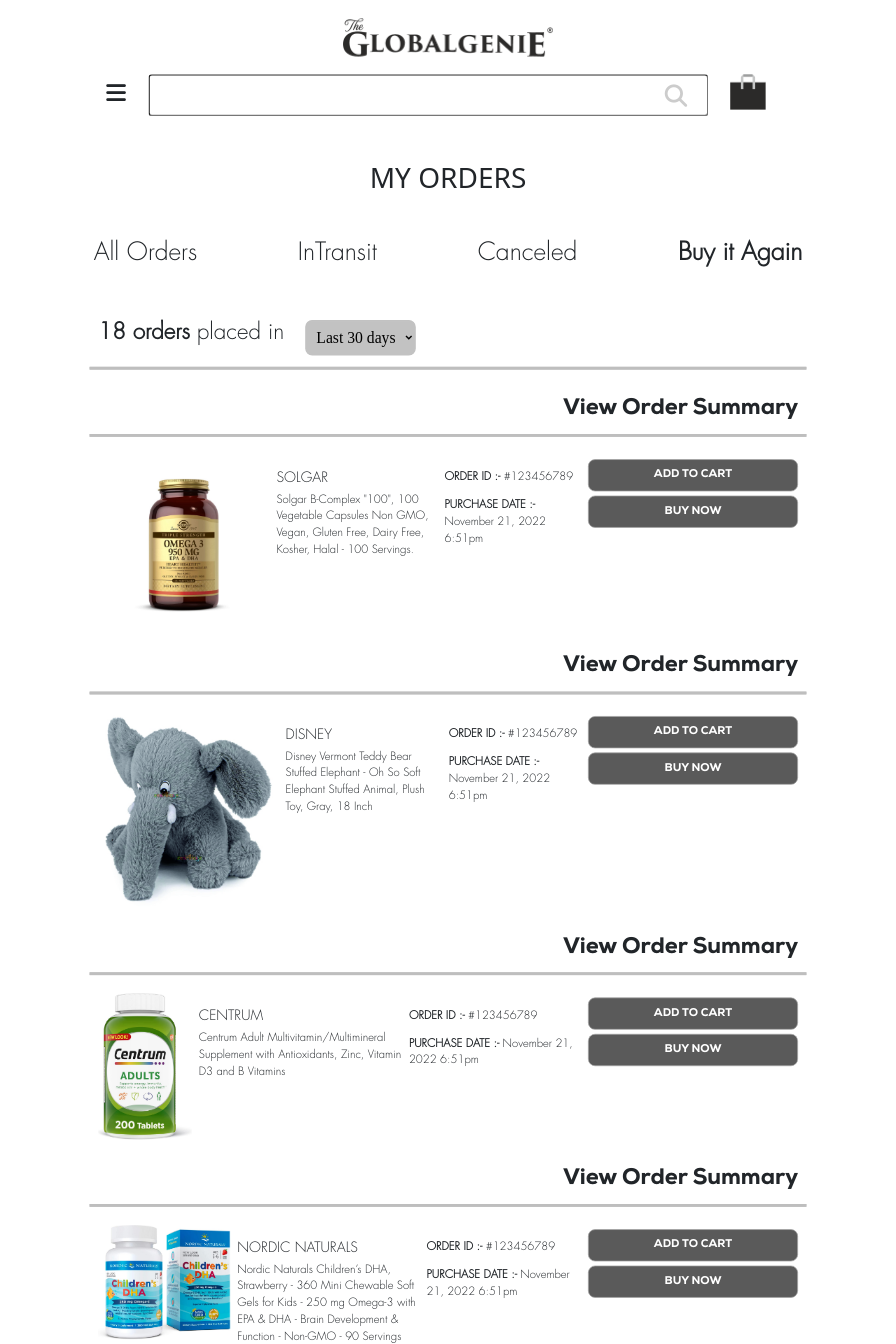
Repository: FlyweisReact/newGlobalGinie
Page: /orderSum
An editor plug-in stored every save of this project. The page is shown before and after the next save, followed by the edit.
The browser window is 1280 px wide. The pictures show the part of the page from y = 0 to 1920 px (the page is 4746 px tall before and 4726 px after), at 70% of full size.
Some web libraries are served in a nearby version. The project was rebuilt for these pictures with package versions that can differ from the ones it lists, and the page was loaded fresh each time. Also part of the build but not shown: src/Screen/Return.js, src/Screen/Address.js, src/Screen/AllOrders.js, src/Screen/AllProduct.js, src/Component/Hero2.js, src/Screen/Baby.css, src/Component/Reviews.js, src/Screen/Baby.js and 34 more.

Above is the page before, as saved 2023-02-16 18:56:43.

### public/index.html
<!-- @format -->

<!DOCTYPE html>
<html lang="en">
  <head>
    <meta charset="utf-8" />
    <link rel="icon" href="%PUBLIC_URL%/favicon.ico" />
    <meta name="viewport" content="width=device-width, initial-scale=1" />
    <meta name="theme-color" content="#000000" />
    <meta
      name="description"
      content="Web site created using create-react-app"
    />
    <link rel="apple-touch-icon" href="%PUBLIC_URL%/logo192.png" />
    <link rel="manifest" href="%PUBLIC_URL%/manifest.json" />
    <meta content="width=device-width, initial-scale=1" name="viewport" />

    <title>Global Ginie</title>
  </head>
  <body>
    <noscript>You need to enable JavaScript to run this app.</noscript>
    <div id="root"></div>
  </body>
  <script
    src="https://kit.fontawesome.com/b533b351e4.js"
    crossorigin="anonymous"
  ></script>
</html>

### src/Screen/OrderSum.js
/** @format */

import React from "react";
import img1 from "../Assets/asset1.png";
import img2 from "../Assets/Oil.png";
import img3 from "../Assets/Webby Soft Animal Plush Elephant Toy 20cm, Grey.png";
import img4 from "../Assets/712tvc3j0LL._AC_SL1500_.png";
import img5 from "../Assets/71k3V8agL-L._AC_SL1500_.png";
import img6 from "../Assets/mastercard_PNG23.png";
import img7 from "../Assets/71ZufDAAwcL._AC_SL1500_.png";
import Oil from "../Assets/Oil.png";
import Hair from "../Assets/New 10.png";
import some from "../Assets/Chicco Baby Moments Soft Cleansing Baby Wipes, Ideal for Nappy, Face and Hand, Dermatologically Tested, Paraben Free, Fliptop Pack.png";
import clock from "../Assets/clock.png";
import Apple from "../Assets/Apple Watch Series 7 (GPS, 45mm) Midnight.png";
import adi from "../Assets/adidas Stadium 750 ML (26oz) Plastic Water Bottle.png";
import gel from "../Assets/618-39BSrgL._SL1500_.png";
import Give from "../Assets/Get Me This.png";
import Whatsapp from "../Assets/Whatsapp icon.png";
import phone from "../Assets/Phone call.png";
import Mail from "../Assets/Mail Icon.png";
import Footer from "../Component/Footer";
import { useNavigate } from "react-router-dom";

const OrderSum = () => {
  const navigate = useNavigate();

  function NavigationHandler(data) {
    navigate(data);
  }

  return (
    <>
      <div className="MyOrderHead">
        {/* <img src={img1} alt="" /> */}
        <h1 style={{ textAlign: "center", display: "block", margin: "auto" }}>MY ORDERS</h1>
      </div>

      <div className="MyOrderFour">
        <h3 onClick={() => NavigationHandler("/allOrders")}>All Orders</h3>
        <h3 onClick={() => NavigationHandler("/inTransit")}>InTransit</h3>
        <h3 onClick={() => NavigationHandler("/orderCancel")}>Canceled</h3>
        <h3 className="special">Buy it Again</h3>
      </div>

      <div className="MyOrderPlaced">
        <h2>
          {" "}
          <span style={{ fontWeight: "700" }}>18 orders </span> placed in{" "}
        </h2>
        <select>
          <option>Last 30 days</option>
        </select>
      </div>

      <hr className="MyOrderHr" />

      {/* ------------------------------------------------------ */}

      <h2 className="OrderSum">View Order Summary</h2>
      <hr className="MyOrderHr" />

      {/* -------------------------------------------------------- */}

      <div className="OrderSumSection">
        <div className="first">
          <img src={img2} alt="" />
        </div>
        <div className="second">
          <h5>SOLGAR</h5>
          <p>
            Solgar B-Complex "100", 100 Vegetable Capsules Non GMO, Vegan,
            Gluten Free, Dairy Free, Kosher, Halal - 100 Servings.
          </p>
        </div>
        <div className="third">
          <p>
            {" "}
            <strong>ORDER ID :- </strong> #123456789{" "}
          </p>
          <p>
            {" "}
            <strong>PURCHASE DATE :-</strong> November 21, 2022 6:51pm{" "}
          </p>
        </div>
        <div className="four">
          <button> ADD TO CART</button>
          <br />
          <button> BUY NOW </button>
        </div>
      </div>

      {/* ------------------------------------------------------------ */}

      {/* ------------------------------------------------------ */}

      <h2 className="OrderSum">View Order Summary</h2>
      <hr className="MyOrderHr" />

      {/* -------------------------------------------------------- */}

      <div className="OrderSumSection">
        <div className="first">
          <img src={img3} alt="" />
        </div>
        <div className="second">
          <h5>DISNEY</h5>
          <p>
            Disney Vermont Teddy Bear Stuffed Elephant - Oh So Soft Elephant
            Stuffed Animal, Plush Toy, Gray, 18 Inch
          </p>
        </div>
        <div className="third">
          <p>
            {" "}
            <strong>ORDER ID :- </strong> #123456789{" "}
          </p>
          <p>
            {" "}
            <strong>PURCHASE DATE :-</strong> November 21, 2022 6:51pm{" "}
          </p>
        </div>
        <div className="four">
          <button> ADD TO CART</button>
          <br />
          <button> BUY NOW </button>
        </div>
      </div>

      {/* ------------------------------------------------------------ */}

      {/* ------------------------------------------------------ */}

      <h2 className="OrderSum">View Order Summary</h2>
      <hr className="MyOrderHr" />

      {/* -------------------------------------------------------- */}

      <div className="OrderSumSection">
        <div className="first">
          <img src={img4} alt="" />
        </div>
        <div className="second">
          <h5>CENTRUM</h5>
          <p>
            Centrum Adult Multivitamin/Multimineral Supplement with
            Antioxidants, Zinc, Vitamin D3 and B Vitamins
          </p>
        </div>
        <div className="third">
          <p>
            {" "}
            <strong>ORDER ID :- </strong> #123456789{" "}
          </p>
          <p>
            {" "}
            <strong>PURCHASE DATE :-</strong> November 21, 2022 6:51pm{" "}
          </p>
        </div>
        <div className="four">
          <button> ADD TO CART</button>
          <br />
          <button> BUY NOW </button>
        </div>
      </div>

      {/* ------------------------------------------------------------ */}

      {/* ------------------------------------------------------ */}

      <h2 className="OrderSum">View Order Summary</h2>
      <hr className="MyOrderHr" />

      {/* -------------------------------------------------------- */}

      <div className="OrderSumSection">
        <div className="first">
          <img src={img5} alt="" />
        </div>
        <div className="second">
          <h5>NORDIC NATURALS</h5>
          <p>
            Nordic Naturals Children’s DHA, Strawberry - 360 Mini Chewable Soft
            Gels for Kids - 250 mg Omega-3 with EPA & DHA - Brain Development &
            Function - Non-GMO - 90 Servings
          </p>
        </div>
        <div className="third">
          <p>
            {" "}
            <strong>ORDER ID :- </strong> #123456789{" "}
          </p>
          <p>
            {" "}
            <strong>PURCHASE DATE :-</strong> November 21, 2022 6:51pm{" "}
          </p>
        </div>
        <div className="four">
          <button> ADD TO CART</button>
          <br />
          <button> BUY NOW </button>
        </div>
      </div>

      {/* ------------------------------------------------------------ */}

      <h2 className="OrderSum">Invoice ˅ </h2>

      {/* ----------------------------------------------------------- */}

      <div className="OrderSumInvoice">
        <div className="left">
          <h3>Shipping Address</h3>
          <h3>J SYS</h3>
          <p style={{ fontWeight: "500" }}>
            703/ lotus business park ram <br /> baug lane near Indian Oil <br />
            Mumbai, Maharashtra:- 400064
          </p>
        </div>

        <div className="mid">
          <h3>Payment Method</h3>
          <div>
            <img src={img6} alt="" />
            <p className="PIn">****1899</p>
          </div>
        </div>

        <div>
          <div className="right">
            <h5>Subtotal (1)</h5> <h5>₹ 3,115.00</h5>
          </div>

          <div className="right">
            <div>
              <h5>Shipping</h5>
              <p>USA to INDIA</p>
            </div>
            <div>
              <h5>Free</h5>
              <p>-150</p>
            </div>
          </div>

          <div className="right">
            <div>
              <h5>Discount</h5>
              <p>FIRSTWISH- 10%</p>
            </div>
            <div>
              <h5>-180</h5>
            </div>
          </div>

          <div className="right">
            <div>
              <h5>Total</h5>
            </div>
            <div style={{ textAlign: "right" }}>
              <h5>₹ 2,765.00</h5>
              <span style={{ fontSize: "0.8rem" }}>
                [ ALL TAXES & IMPORT DUTY INCLUDED ]
              </span>
            </div>
          </div>
        </div>
      </div>

      {/* --------------------------------------------------------------- */}

      <h2 className="OrderSum">View Order Summary</h2>
      <hr className="MyOrderHr" />

      {/* ----------------------------------------------------------- */}

      <div className="OrderSumSection">
        <div className="first">
          <img src={img7} alt="" />
        </div>
        <div className="second">
          <h5>MUSCLETECH</h5>
          <p>
            Nordic Naturals Children’s DHA, Strawberry - 360 Mini Chewable Soft
            Gels for Kids - 250 mg Omega-3 with EPA & DHA - Brain Development &
            Function - Non-GMO - 90 Servings
          </p>
        </div>
        <div className="third">
          <p>
            {" "}
            <strong>ORDER ID :- </strong> #123456789{" "}
          </p>
          <p>
            {" "}
            <strong>PURCHASE DATE :-</strong> November 21, 2022 6:51pm{" "}
          </p>
        </div>
        <div className="four">
          <button> ADD TO CART</button>
          <br />
          <button> BUY NOW </button>
        </div>
      </div>

      {/* -------------------------------------------------------------- */}

      <h1
        style={{
          textAlign: "center",
          fontFamily: "MonumentMine",
          marginTop: "15%",
        }}
      >
        RECENTLY VIEWED
      </h1>

      <div className="many">
        <div>
          <img src={Hair} alt="" />
        </div>
        <div>
          <img src={some} alt="" />
        </div>
        <div>
          <img src={Apple} alt="" id="app" />
        </div>
        <div>
          <img src={clock} alt="" id="clock" />
        </div>
        <div>
          <img src={Oil} alt="" />
        </div>
        <div>
          <img src={adi} alt="" />
        </div>
        <div>
          <img src={gel} alt="" />
        </div>
      </div>

      <div className="Give">
        <img src={Give} alt="" />
      </div>

      <h1 style={{ textAlign: "center", fontFamily: "MonumentMine" }}>
        TALK TO HUMAN
      </h1>
      <div className="human">
        <div>
          <img src={phone} alt="" />
          <h3 style={{ fontWeight: "400", paddingTop: "10%" }}>PHONE</h3>
        </div>
        <div className="Hori"></div>
        <div>
          <img src={Mail} alt="" />
          <h3 style={{ fontWeight: "400", paddingTop: "10%" }}>EMAIL US</h3>
        </div>
        <div className="Hori"></div>

        <div>
          <img src={Whatsapp} alt="" />
          <h3 style={{ fontWeight: "400", paddingTop: "10%" }}>WHATSAPP US</h3>
        </div>
      </div>
      <Footer />
    </>
  );
};

export default OrderSum;

Loaded but not shown: src/Component/NavBar.js (275 lines, source omitted); src/App.js (99 lines, source omitted); src/Component/Footer.js (53 lines, source omitted); src/index.js (14 lines, source omitted); src/index.css (2610 lines, source omitted)

After the next save:
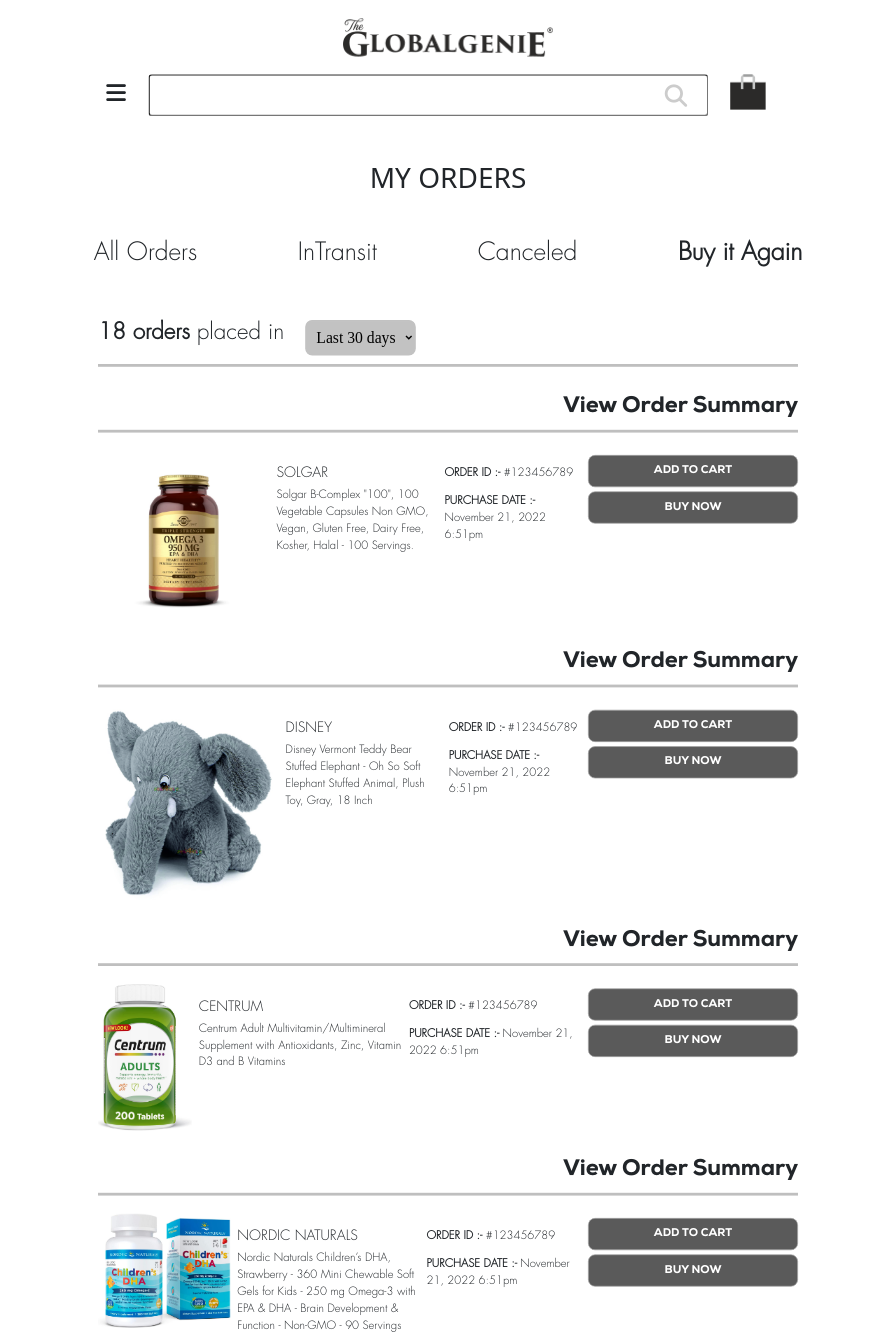
Saved 18 s later.
--- a/src/Screen/OrderSum.js
+++ b/src/Screen/OrderSum.js
@@ -53,12 +53,28 @@
         </select>
       </div>
 
-      <hr className="MyOrderHr" />
+     <hr
+        className="myHr"
+        style={{
+          border: "2px solid black",
+          maxWidth: "1400px",
+          margin: "auto",
+          marginTop: "1%",
+        }}
+      />
 
       {/* ------------------------------------------------------ */}
 
       <h2 className="OrderSum">View Order Summary</h2>
-      <hr className="MyOrderHr" />
+     <hr
+        className="myHr"
+        style={{
+          border: "2px solid black",
+          maxWidth: "1400px",
+          margin: "auto",
+          marginTop: "1%",
+        }}
+      />
 
       {/* -------------------------------------------------------- */}
 
@@ -95,7 +111,15 @@
       {/* ------------------------------------------------------ */}
 
       <h2 className="OrderSum">View Order Summary</h2>
-      <hr className="MyOrderHr" />
+     <hr
+        className="myHr"
+        style={{
+          border: "2px solid black",
+          maxWidth: "1400px",
+          margin: "auto",
+          marginTop: "1%",
+        }}
+      />
 
       {/* -------------------------------------------------------- */}
 
@@ -132,7 +156,15 @@
       {/* ------------------------------------------------------ */}
 
       <h2 className="OrderSum">View Order Summary</h2>
-      <hr className="MyOrderHr" />
+     <hr
+        className="myHr"
+        style={{
+          border: "2px solid black",
+          maxWidth: "1400px",
+          margin: "auto",
+          marginTop: "1%",
+        }}
+      />
 
       {/* -------------------------------------------------------- */}
 
@@ -169,7 +201,15 @@
       {/* ------------------------------------------------------ */}
 
       <h2 className="OrderSum">View Order Summary</h2>
-      <hr className="MyOrderHr" />
+     <hr
+        className="myHr"
+        style={{
+          border: "2px solid black",
+          maxWidth: "1400px",
+          margin: "auto",
+          marginTop: "1%",
+        }}
+      />
 
       {/* -------------------------------------------------------- */}
 
@@ -269,7 +309,15 @@
       {/* --------------------------------------------------------------- */}
 
       <h2 className="OrderSum">View Order Summary</h2>
-      <hr className="MyOrderHr" />
+     <hr
+        className="myHr"
+        style={{
+          border: "2px solid black",
+          maxWidth: "1400px",
+          margin: "auto",
+          marginTop: "1%",
+        }}
+      />
 
       {/* ----------------------------------------------------------- */}
 
